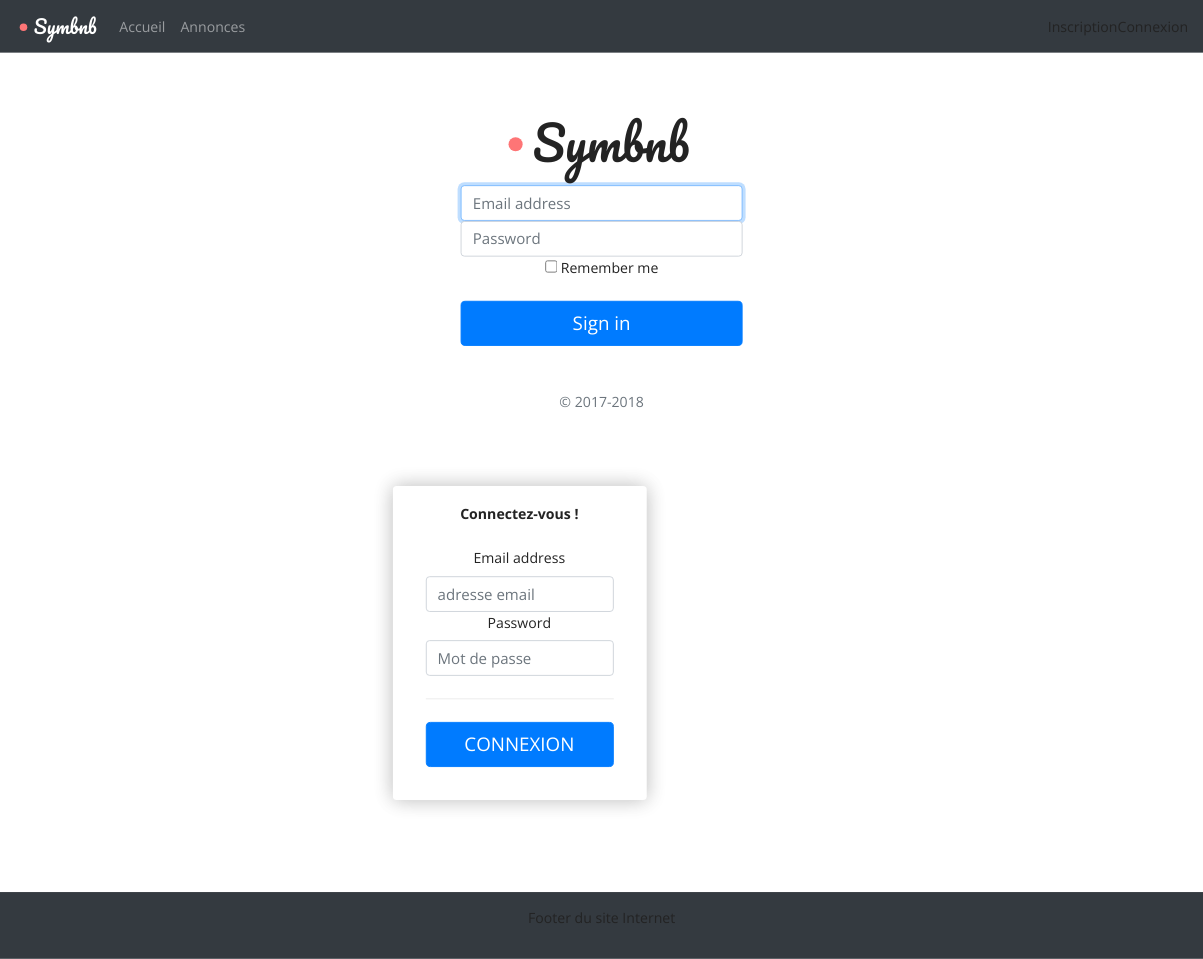
Repository: buzzEclair/symbnb
Page: templates/account/login.html.twig
These files come from the project's save history. The page is drawn as it stood at one moment and after the next save; the edit follows.
The browser window is 1280 px wide. The pictures show the whole page, at 94% of full size.
The page is a Twig template of a Symfony application; nobody is signed in and links lead nowhere. The template is opened directly, without the code that normally fills it, so the values that code supplies are empty.

Above is the page before, as saved 2019-03-15 14:10:08.

After the next save:
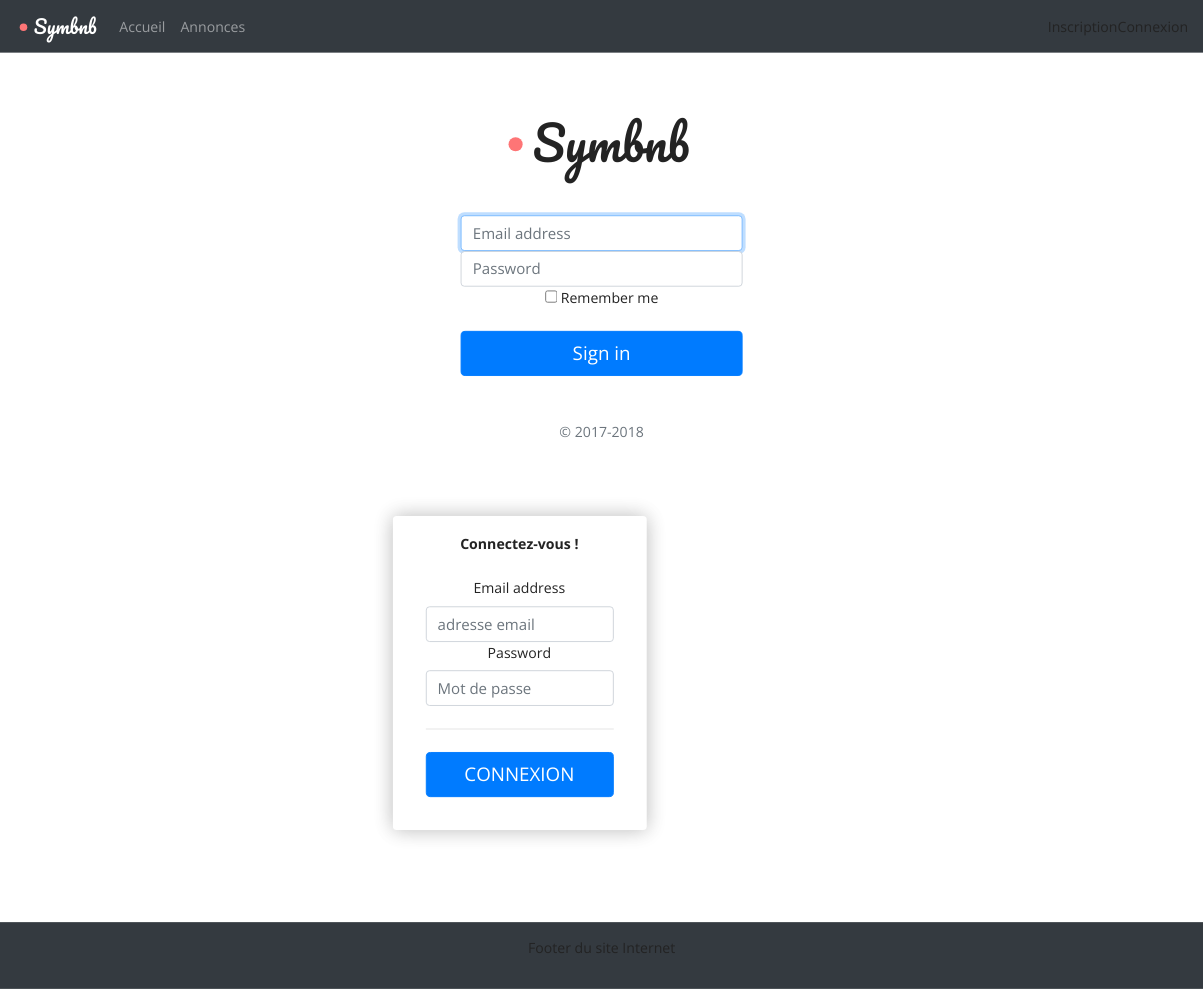
Saved 14 s later.
--- a/templates/account/login.html.twig
+++ b/templates/account/login.html.twig
@@ -5,7 +5,7 @@
 {% block body %}
 <div class="container text-center">
         <form class="form-signin">
-                <h1 class="logo mb-3">Symbnb</h1>
+                <h1 class="logo mb-5">Symbnb</h1>
 
                 {% if hasError %}
                     <div class="alert alert-danger">Une erreur est survenue, le nom d'utilisateur est invalide</div>
